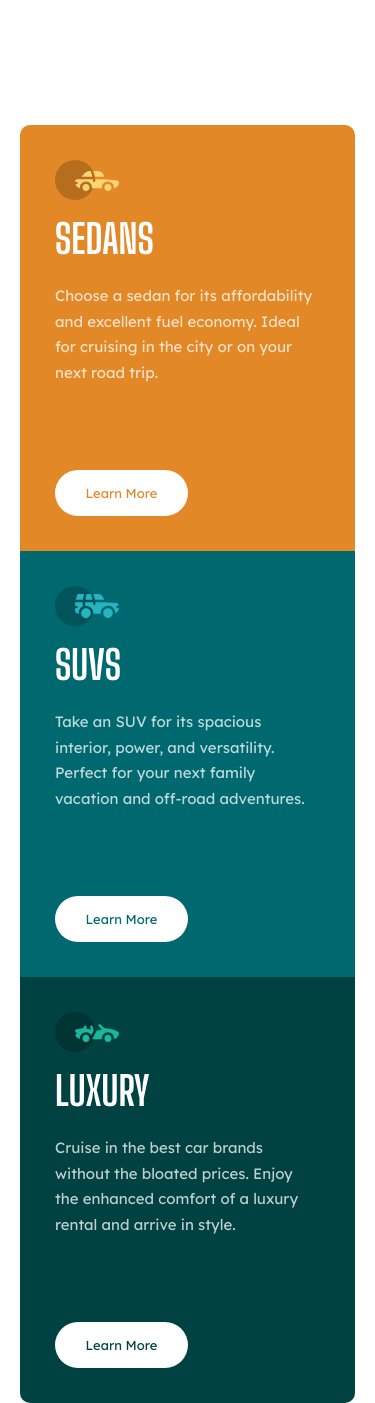
Repository: KamoliddinGIT/column-preview-card
Page: index.html
The author's editor kept a copy of each file at every save. The page is drawn from the files as they stood at one save, then again after the next save.
The browser window is 375 px wide. The pictures show the whole page.

Above is the page before, as saved 2023-09-15 17:07:12.

### index.html
<!DOCTYPE html>
<html lang="en">
  <head>
    <meta charset="UTF-8" />
    <meta name="viewport" content="width=device-width, initial-scale=1.0" />
    <link
      rel="icon"
      type="image/png"
      sizes="32x32"
      href="./images/favicon-32x32.png"
    />
    <link
      href="https://fonts.googleapis.com/css2?family=Lexend+Deca&display=swap"
      rel="stylesheet"
    />
    <link
      href="https://fonts.googleapis.com/css2?family=Big+Shoulders+Display:wght@400;700&display=swap"
      rel="stylesheet"
    />
    <link rel="stylesheet" href="./css/style.css" />
    <title>3-column preview card component</title>
  </head>
  <body>
    <div class="container">
      <div class="card card__1">
        <img src="./images/icon-sedans.svg" alt="sedans" />
        <h1>SEDANS</h1>
        <p>
          Choose a sedan for its affordability and excellent fuel economy. Ideal
          for cruising in the city or on your next road trip.
        </p>
        <a href="#">Learn More</a>
      </div>
      <div class="card card__2">
        <img src="./images/icon-suvs.svg" alt="suvs" />
        <h1>SUVS</h1>
        <p>
          Take an SUV for its spacious interior, power, and versatility. Perfect
          for your next family vacation and off-road adventures.
        </p>
        <a href="#">Learn More</a>
      </div>
      <div class="card card__3">
        <img src="./images/icon-luxury.svg" alt="icon-luxury" />
        <h1>LUXURY</h1>
        <p>
          Cruise in the best car brands without the bloated prices. Enjoy the
          enhanced comfort of a luxury rental and arrive in style.
        </p>
        <a href="#">Learn More</a>
      </div>
    </div>
  </body>
</html>

### css/style.css
* {
  margin: 0;
  padding: 0;
  box-sizing: border-box;
}

body {
  padding: 70px;
  display: flex;
  justify-content: center;
  align-items: center;
  width: 100%;
  height: 100vh;
}

.container {
  display: flex;
  flex-direction: row;
  border-radius: 10px;
  max-width: 900px;
  width: 900px;
  height: 500px;
  color: hsla(0, 0%, 100%, 0.75);
}

.card__1 {
  max-width: 400px;
  width: 350px;
  height: 100%;
  background-color: hsl(31, 77%, 52%);
  border-top-left-radius: 10px;
  border-bottom-left-radius: 10px;
  padding: 45px;
}

.card__2 {
  max-width: 400px;
  width: 350px;
  height: 100%;
  background-color: hsl(184, 100%, 22%);
  padding: 45px;
}

.card__3 {
  max-width: 400px;
  width: 350px;
  height: 100%;
  background-color: hsl(179, 100%, 13%);
  border-top-right-radius: 10px;
  border-bottom-right-radius: 10px;
  padding: 45px;
}

.card {
  padding: 45px;
  display: flex;
  flex-direction: column;
}

.card h1 {
  font-family: "Big Shoulders Display", cursive;
  color: #fff;
  text-transform: uppercase;
  margin-top: 15px;
  margin-bottom: 20px;
  font-size: 40px;
}

.card img {
  width: 64px;
  height: 40px;
}

.card p {
  font-family: "Lexend Deca", sans-serif;
  margin: 0 0 50px;
  font-size: 15px;
  line-height: 1.7;
}

.card__1 a {
  display: flex;
  justify-content: center;
  align-items: center;
  font-size: 13px;
  width: 133px;
  text-decoration: none;
  font-family: "Lexend Deca", sans-serif;
  color: hsl(31, 77%, 52%);
  background: #fff;
  margin-top: 35px;
  border-radius: 50px;
  padding: 15px 10px;
}

.card__1 a:hover {
  font-size: 13px;
  display: flex;
  justify-content: center;
  align-items: center;
  border: 2px solid #fff;
  cursor: pointer;
  transition: 0.3s ease;
  background: hsl(31, 77%, 52%);
  font-family: "Lexend Deca", sans-serif;
  color: #fff;
}

.card__2 a {
  display: flex;
  justify-content: center;
  align-items: center;
  font-size: 13px;
  width: 133px;
  text-decoration: none;
  font-family: "Lexend Deca", sans-serif;
  color: hsl(184, 100%, 22%);
  background: #fff;
  margin-top: 35px;
  border-radius: 50px;
  padding: 15px 10px;
}

.card__2 a:hover {
  font-size: 13px;
  display: flex;
  justify-content: center;
  align-items: center;
  border: 2px solid #fff;
  cursor: pointer;
  transition: 0.3s ease;
  background: hsl(184, 100%, 22%);
  font-family: "Lexend Deca", sans-serif;
  color: #fff;
}

.card__3 a {
  display: flex;
  justify-content: center;
  align-items: center;
  font-size: 13px;
  width: 133px;
  text-decoration: none;
  font-family: "Lexend Deca", sans-serif;
  color: hsl(179, 100%, 13%);
  background: #fff;
  margin-top: 35px;
  border-radius: 50px;
  padding: 15px 10px;
}

.card__3 a:hover {
  font-size: 13px;
  display: flex;
  justify-content: center;
  align-items: center;
  border: 2px solid #fff;
  cursor: pointer;
  transition: 0.3s ease;
  background: hsl(179, 100%, 13%);
  font-family: "Lexend Deca", sans-serif;
  color: #fff;
}

/* media-css */

@media only screen and (max-width: 950px) {
  body {
    padding: 50px;
  }
  .container {
    max-width: 950px;
    width: 100%;
  }
}

@media only screen and (max-width: 800px) {
  body {
    padding: 20px;
    display: flex;
    justify-content: center;
    align-items: center;
  }
  .container {
    align-items: center;
    flex-direction: column;
  }
}

@media only screen and (max-width: 400px) {
  body {
    padding: 20px;
  }
  .container {
    max-width: 400px;
    width: 100%;
    margin-bottom: 50px;
  }
  .card {
    padding: 35px;
    width: 100%;
  }
  .card__1 {
    border-top-right-radius: 10px;
    border-top-left-radius: 10px;
    border-bottom-left-radius: 0;
  }
  .card__3 {
    margin-bottom: 30px;
    border-top-right-radius: 0;
    border-bottom-right-radius: 10px;
    border-bottom-left-radius: 10px;
  }
}

After the next save:
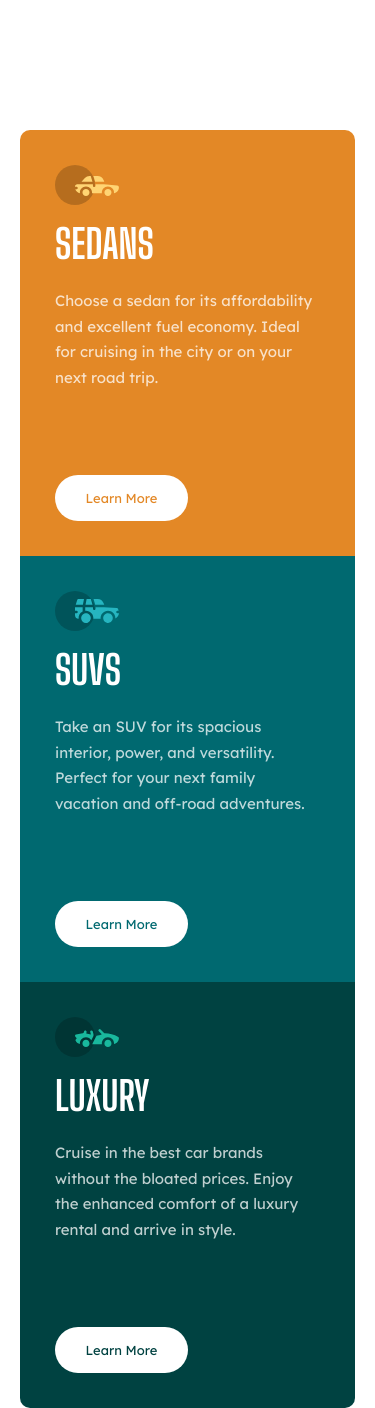
Saved 7 s later.
--- a/css/style.css
+++ b/css/style.css
@@ -194,7 +194,7 @@ body {
   .container {
     max-width: 400px;
     width: 100%;
-    margin-bottom: 50px;
+    margin-bottom: 40px;
   }
   .card {
     padding: 35px;
